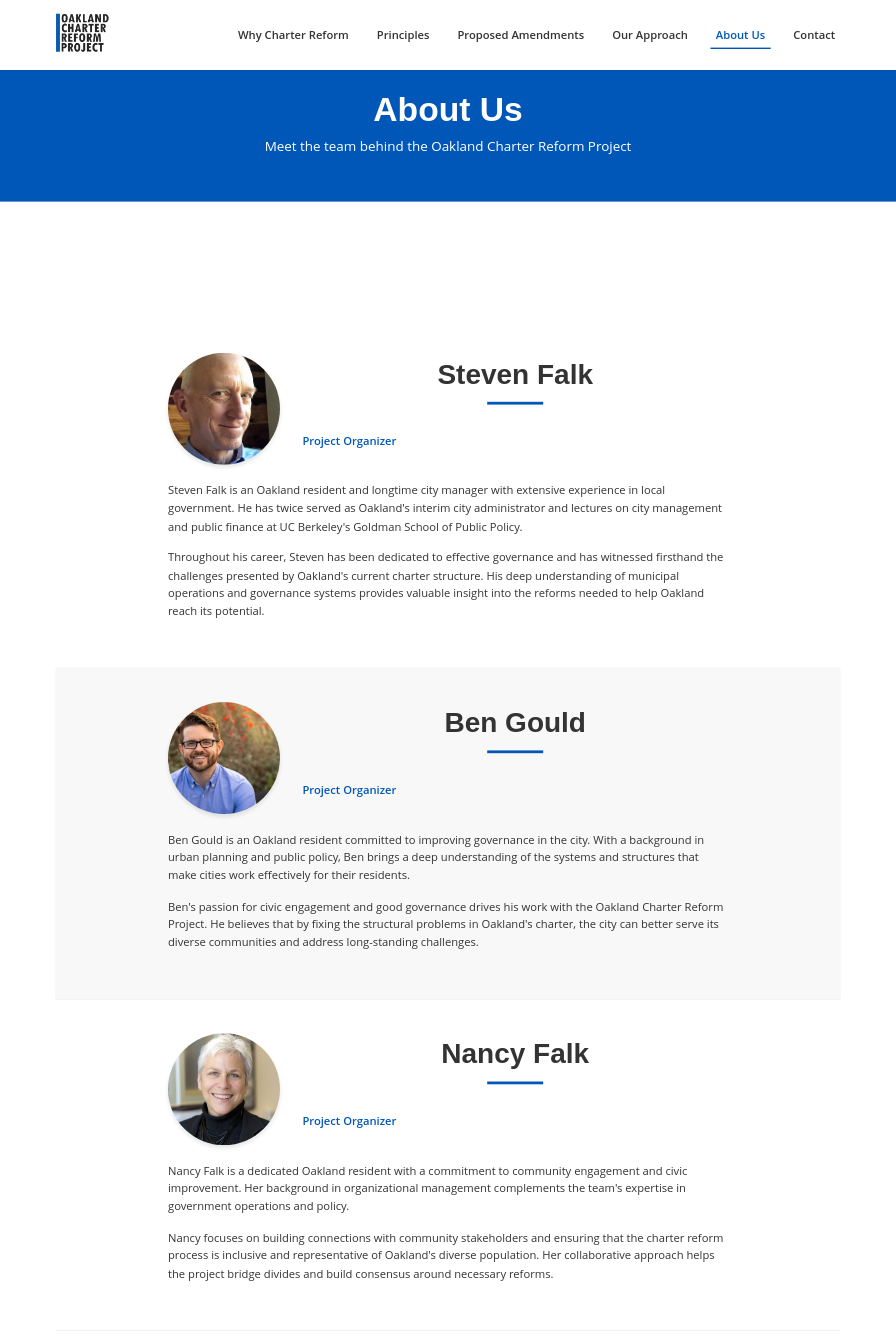
Repository: bgould132/oaklandcharterreform
Page: about.html
An editor plug-in stored every save of this project. The page is shown before and after the next save, followed by the edit.
The browser window is 1280 px wide. The pictures show the part of the page from y = 0 to 1920 px (the page is 2862 px tall), at 70% of full size.

Above is the page before, as saved 2025-04-07 10:12:14.

After the next save:
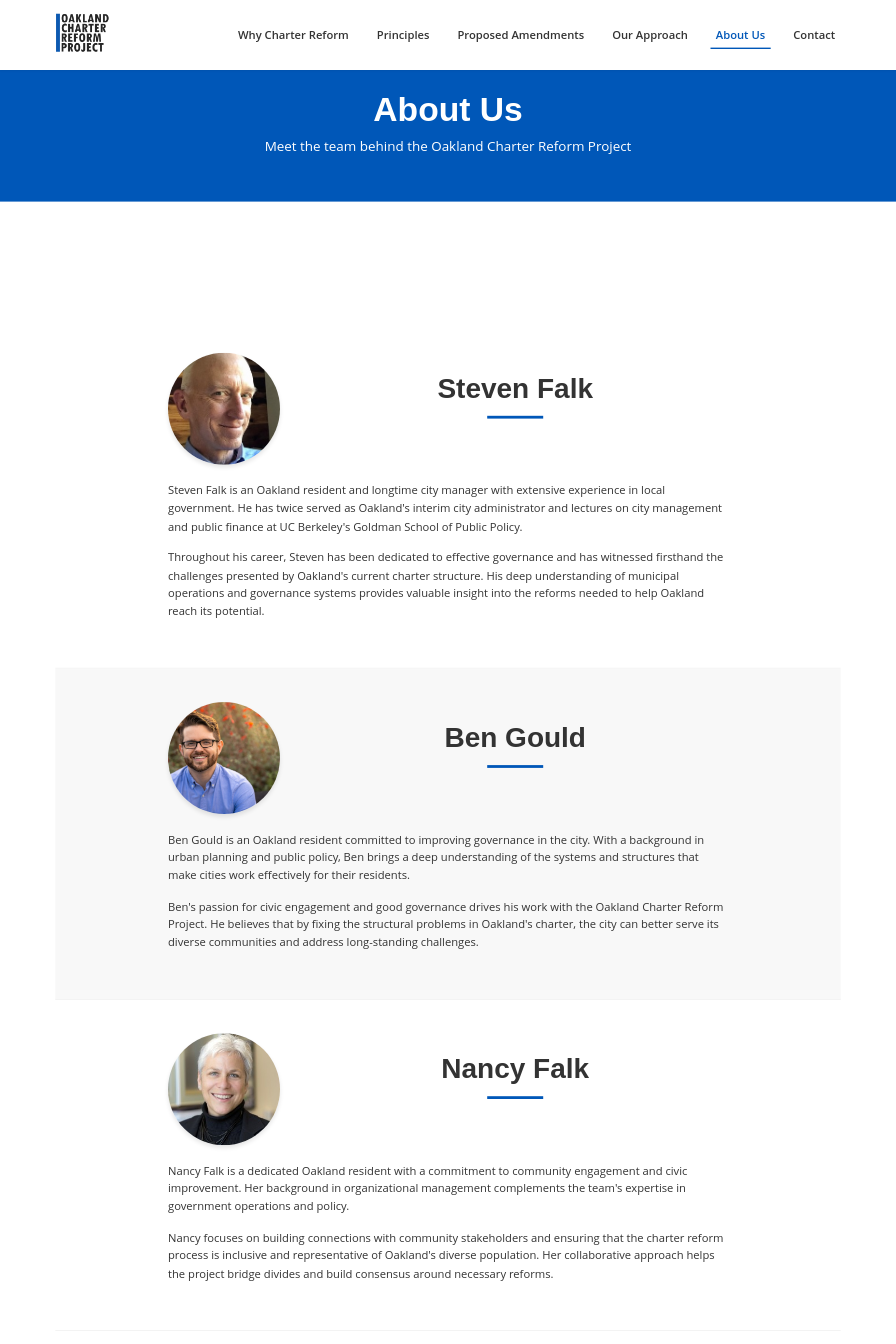
Saved 3 s later.
--- a/about.html
+++ b/about.html
@@ -55,7 +55,7 @@
                             </div>
                             <div class="member-title">
                                 <h2>Steven Falk</h2>
-                                <p class="member-role">Project Organizer</p>
+                                <div class="title-underline"></div>
                             </div>
                         </div>
                         <div class="member-bio">
@@ -74,7 +74,7 @@
                             </div>
                             <div class="member-title">
                                 <h2>Ben Gould</h2>
-                                <p class="member-role">Project Organizer</p>
+                                <div class="title-underline"></div>
                             </div>
                         </div>
                         <div class="member-bio">
@@ -93,7 +93,7 @@
                             </div>
                             <div class="member-title">
                                 <h2>Nancy Falk</h2>
-                                <p class="member-role">Project Organizer</p>
+                                <div class="title-underline"></div>
                             </div>
                         </div>
                         <div class="member-bio">
